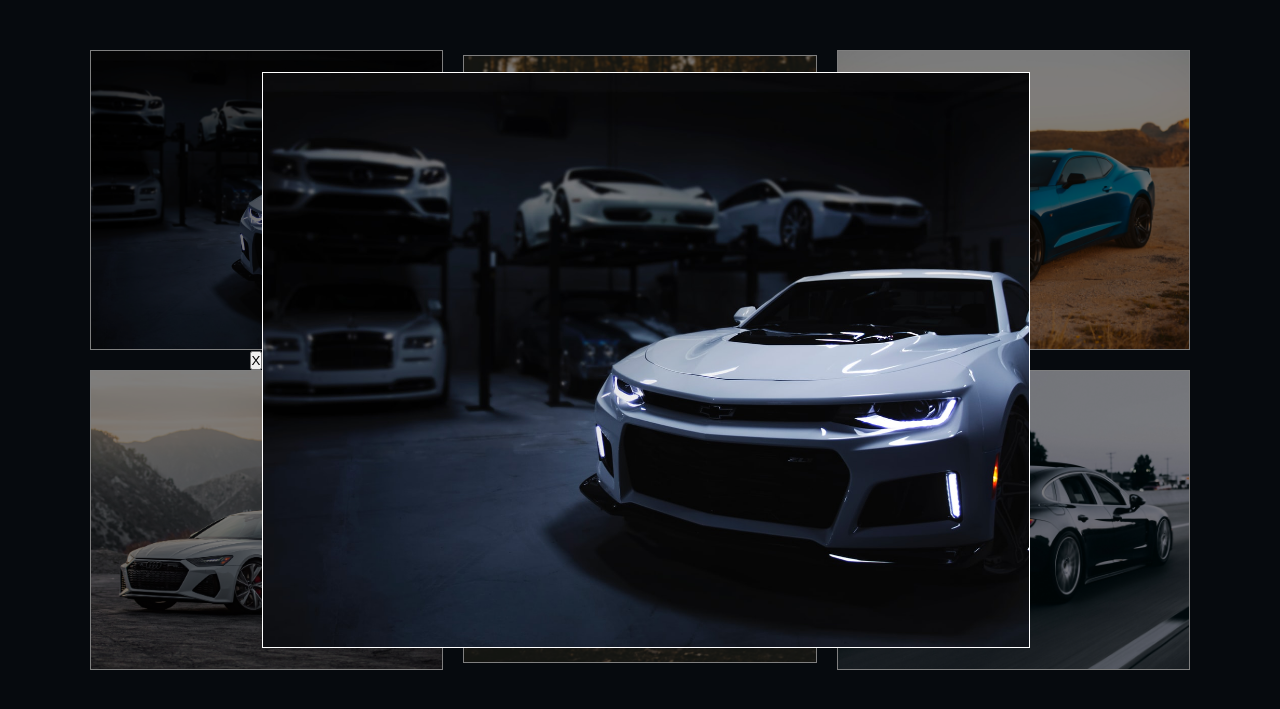
Repository: BhumilModi/modal-animation
Page: /, after clicking the first element matching `img`
The author's editor kept a copy of each file at every save. The page is drawn from the files as they stood at one save, then again after the next save.
The browser window is 1280 px wide. The pictures show the whole page.
The project was rebuilt for these pictures with package versions that can differ from the ones it lists, and the page was loaded fresh each time.

Above is the page before, as saved 2022-06-17 14:28:59.

After the next save:
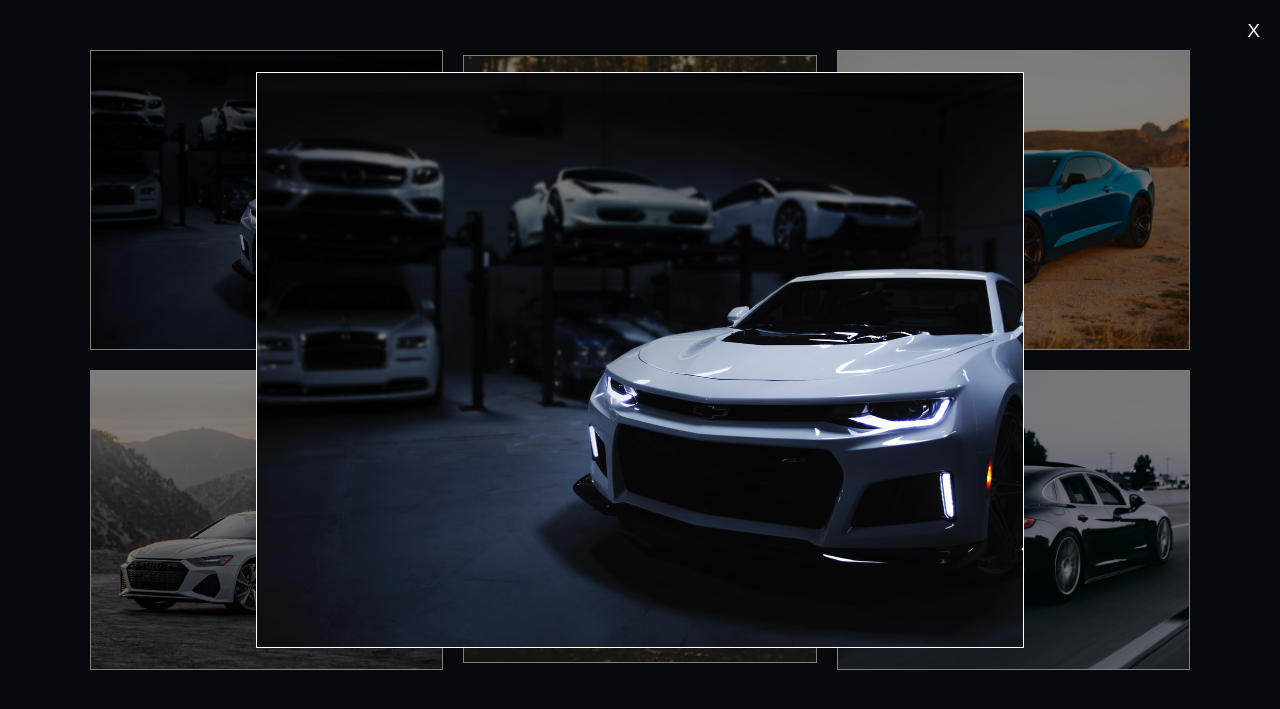
Saved 29 s later.
--- a/src/components/modal/Modal.jsx
+++ b/src/components/modal/Modal.jsx
@@ -26,7 +26,7 @@ const Modal = ({ isModal, setIsModal, modalImage, setModalImage }) => {
       ref={modalRef}
     >
       <button
-        className="close-btn"
+        className="close"
         onClick={() => {
           setIsModal(false);
           setModalImage("");
